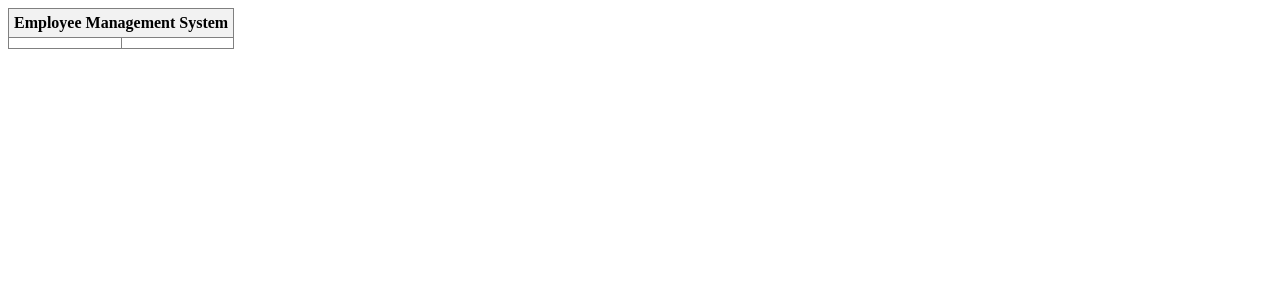
Repository: srjainapur/CRUD_Operation_With_Angular_Springboot
Page: angular-spring-demo/src/main/resources/static/EmployeeDetails.html
An editor plug-in stored every save of this project. The page is shown before and after the next save, followed by the edit.
The browser window is 1280 px wide. The pictures show the whole page.
Some web libraries are served in a nearby version.

Above is the page before, as saved 2020-06-25 10:02:50.
Console error (its wording comes from the project's code and is left out).

### angular-spring-demo/src/main/resources/static/EmployeeDetails.html
<html>
	<head>
		<title>Employee Management Details</title>
		<script src="http://ajax.googleapis.com/ajax/libs/angularjs/1.4.8/angular.min.js"></script>

		<style>
         table, th , td {
            border: 1px solid grey;
            border-collapse: collapse;
            padding: 5px;
         }
         table tr:nth-child(odd) {
            background-color: #f2f2f2;
         }
         table tr:nth-child(even) {
            background-color: #ffffff;
         }
      </style>
	</head>

	<body>
		<div ng-app="mainApp" ng-controller="mainController">
			<table>
				<tr>
					<th colspan="2" align="middle">Employee Management System</th>
				</tr>
				<tr>
					<td>
						<div ng-include="post_data.html"></div>
					</td>
					<td>
						<div ng-include="get_employee.html"></div>
					</td>
				</tr>
			</table>
		</div>
	</body>
</html>

After the next save:
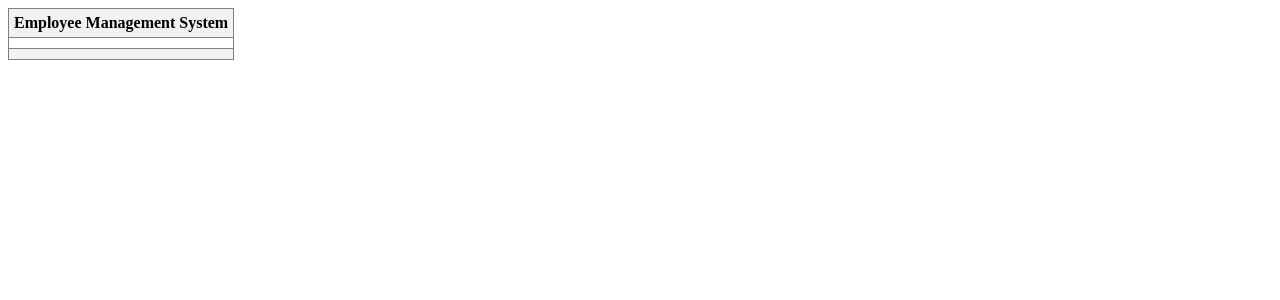
Saved 12 min 34 s later.
--- a/angular-spring-demo/src/main/resources/static/EmployeeDetails.html
+++ b/angular-spring-demo/src/main/resources/static/EmployeeDetails.html
@@ -28,6 +28,8 @@
 					<td>
 						<div ng-include="post_data.html"></div>
 					</td>
+				</tr>
+				<tr>
 					<td>
 						<div ng-include="get_employee.html"></div>
 					</td>
